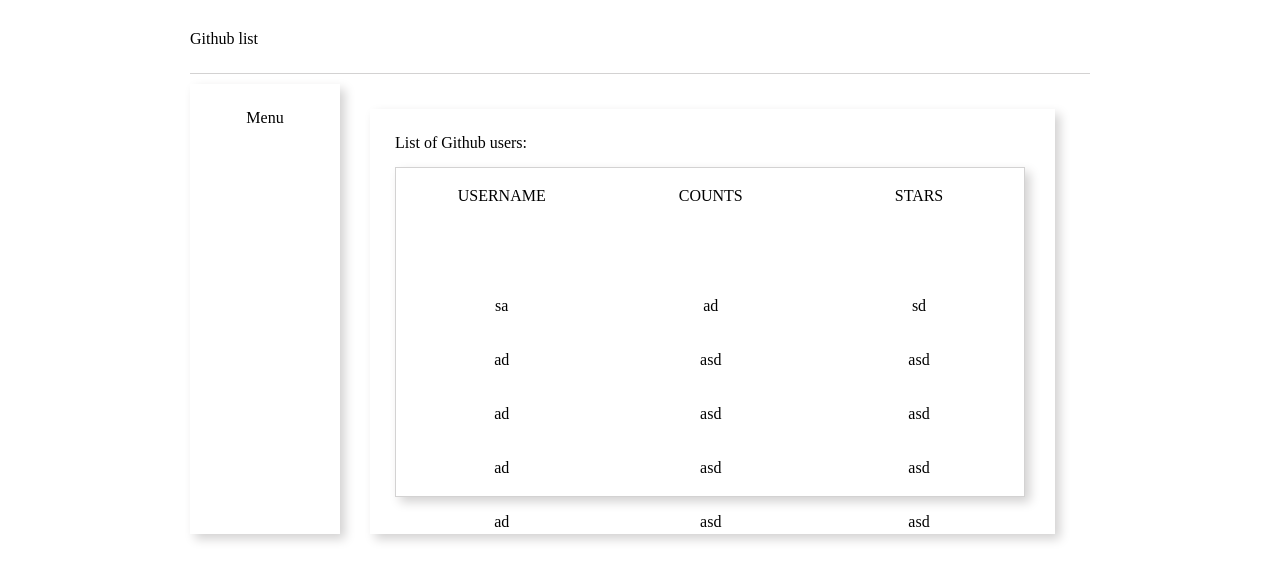
Repository: SzymonRoche/gitStars
Page: index.html
An editor plug-in stored every save of this project. The page is shown before and after a run of saves, followed by the edit.
The browser window is 1280 px wide. The pictures show the whole page.

Above is the page before, as saved 2020-02-15 18:00:32.

After the next 6 saves:
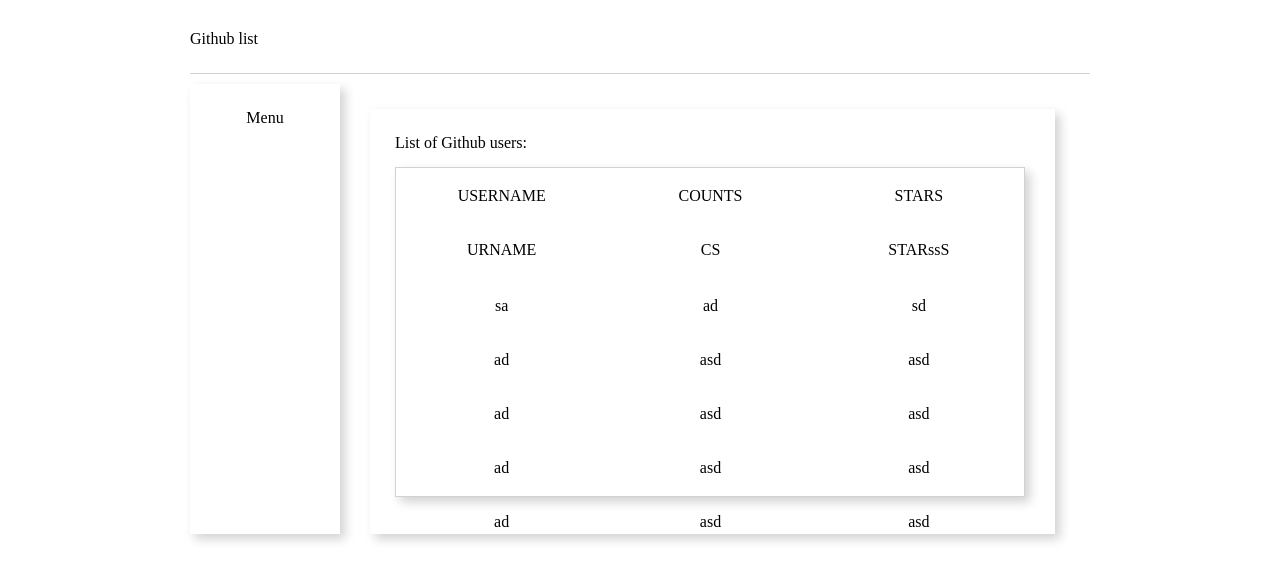
The 6 saves are shown as one change because they came seconds apart.
The last was saved 13 s later.
--- a/main.js
+++ b/main.js
@@ -20,9 +20,9 @@ function CreateTabele() {
     topMiddle.innerHTML = "COUNTS"
     TopRight.innerHTML = "STARS"
 
-    topLeft.innerHTML = "USERNAME"
-    topMiddle.innerHTML = "COUNTS"
-    TopRight.innerHTML = "STARS"
+    topLeft2.innerHTML = "URNAME"
+    topMiddle2.innerHTML = "CS"
+    TopRight2.innerHTML = "STARssS"
 
 };
 
